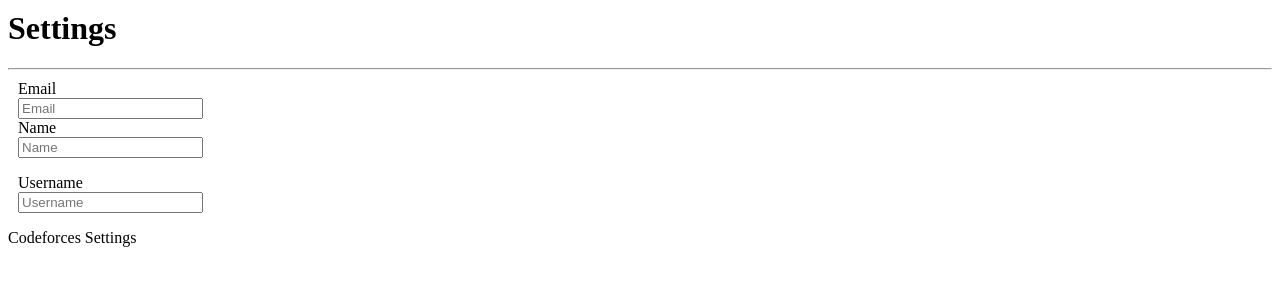
Repository: cjtoribio/algopit
Page: nodejs/public/partials/settings.html
The author's editor kept a record of every edit. The page is drawn from the files as they stood at one moment, then again after the next edit.
The browser window is 1280 px wide. The pictures show the whole page.

Above is the page before.

### nodejs/public/partials/settings.html
    <div class="container" style="margin-top:10px">
			<div class="col-md-12">
			    <h1>Settings</h1>
			    <hr />
			    <algo-tab>

			        <algo-pane title="General">
			            <div class="container" style="margin: 10px;">
			                <form class="form-horizontal">

  								<div class="form-group">
								<label for="i1" class="col-sm-1 control-label">Email</label>
								<div class="col-sm-4">
									<input type="email" class="form-control" id="i1" placeholder="Email">
								</div>
								</div>
								<div class="form-group">
								<label for="i1" class="col-sm-1 control-label">Name</label>
								<div class="col-sm-4">
									<input type="email" class="form-control" id="i1" placeholder="Name">
								</div>
								</div>
			                </form>
			            </div>
			        </algo-pane>

			        <algo-pane title="Spoj">
			            <div class="container" style="margin: 10px;">
			                <form class="form-horizontal">
								<div class="form-group">
								<label for="i1" class="col-sm-1 control-label">Username</label>
								<div class="col-sm-4">
									<input type="email" class="form-control" id="i1" placeholder="Username">
								</div>
								</div>
			                </form>
		                </div>
			        </algo-pane>


			        <algo-pane title="Codeforces">
			            Codeforces Settings
			        </algo-pane>

			    </algo-tab>
			</div>
	</div>

After the next edit:
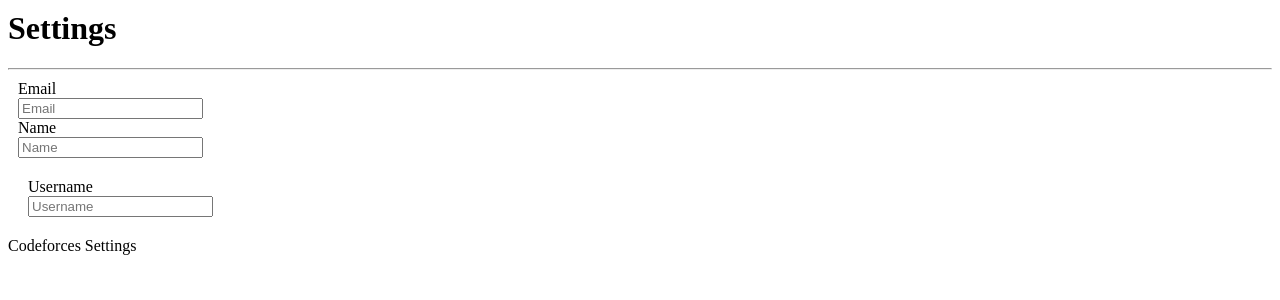
The edit:
--- a/nodejs/public/partials/settings.html
+++ b/nodejs/public/partials/settings.html
@@ -25,7 +25,7 @@
 			        </algo-pane>
 
 			        <algo-pane title="Spoj">
-			            <div class="container" style="margin: 10px;">
+			            <div class="container" style="margin: 20px;">
 			                <form class="form-horizontal">
 								<div class="form-group">
 								<label for="i1" class="col-sm-1 control-label">Username</label>
